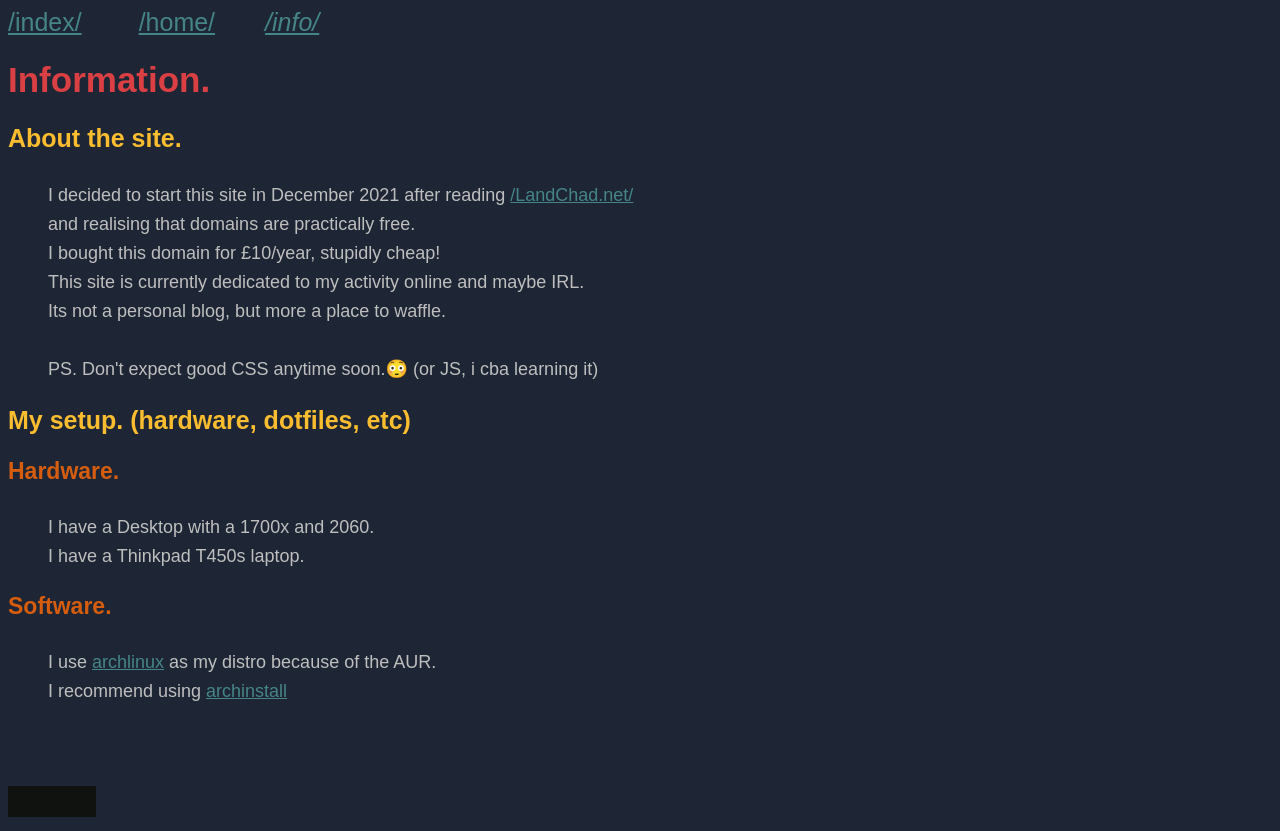
Repository: KieranCrossland/kierancrosslandxyz
Page: info.html
The author's editor kept a copy of each file at every save. The page is drawn from the files as they stood at one save, then again after the next save.
The browser window is 1280 px wide. The pictures show the whole page.

Above is the page before, as saved 2022-06-19 01:59:16.

After the next save:
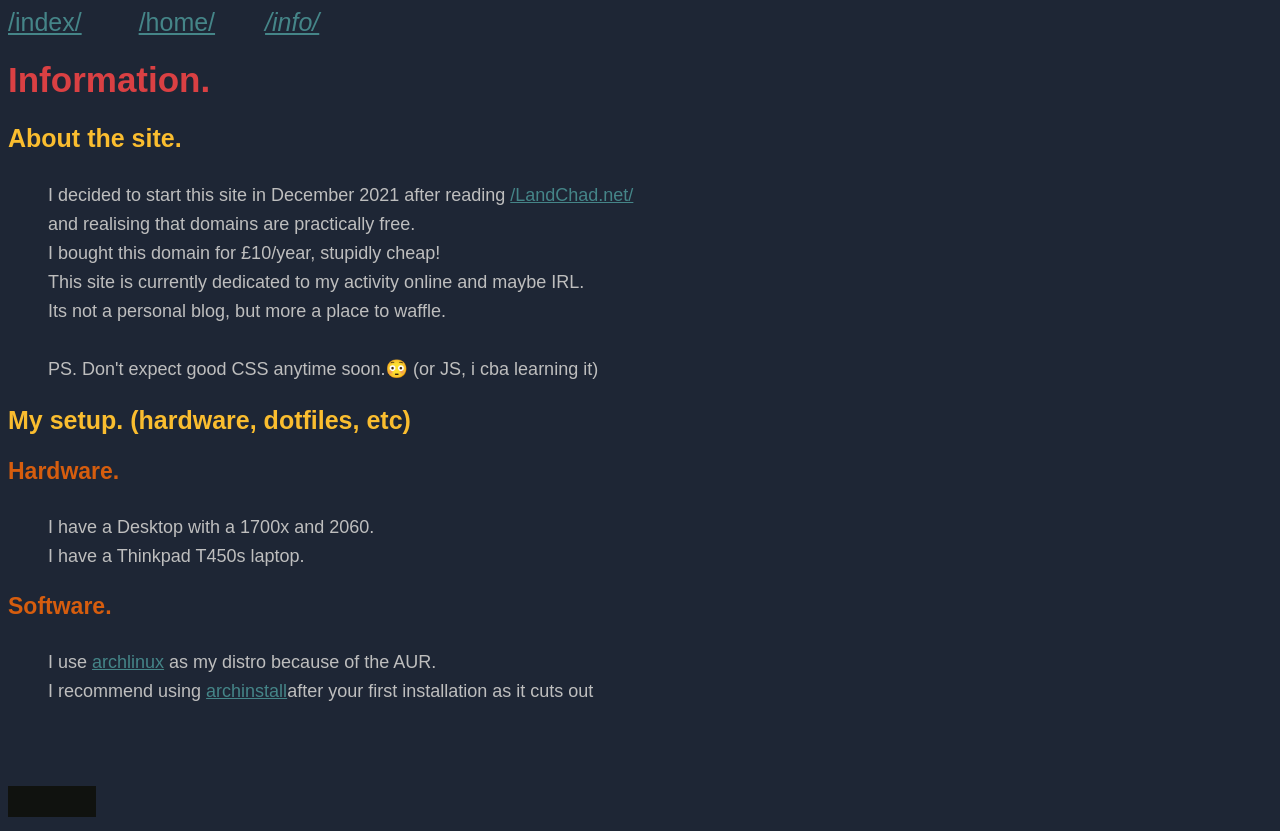
Saved 9 s later.
--- a/info.html
+++ b/info.html
@@ -86,7 +86,7 @@ h3 {
 
 <h3>Software.</h3>
 <ul><p1>I use <a href="https://archlinux.org/" target="_blank">archlinux</a> as my distro because of the AUR.<br>
-  I recommend using <a href="https://wiki.archlinux.org/title/Archinstall" target="_blank">archinstall</a after your first installation as it cuts out </p1></ul>
+  I recommend using <a href="https://wiki.archlinux.org/title/Archinstall" target="_blank">archinstall</a>after your first installation as it cuts out  </p1></ul>
 
 <br><br><a href="https://landchad.net" target="_blank">
  <img src="img/landchad.gif" width="88px" height="31px" alt=""/>
